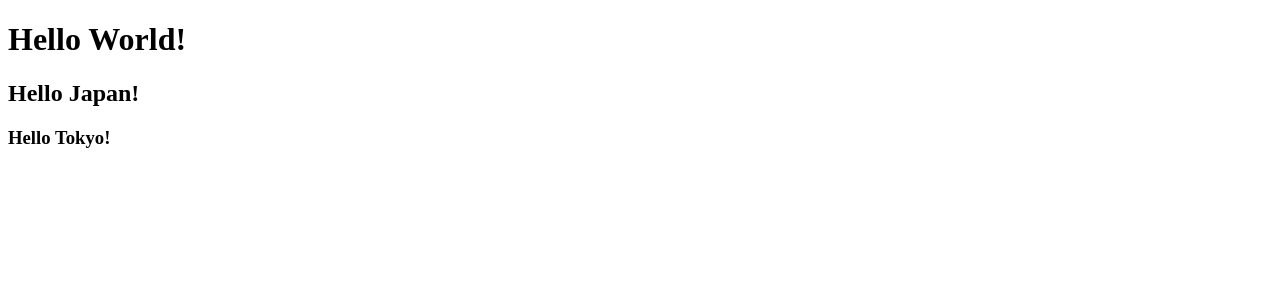
Repository: Kongbu0217/sample_git
Page: index.html
These files come from the project's save history. The page is drawn as it stood at one moment and after the next save; the edit follows.
The browser window is 1280 px wide. The pictures show the whole page.

Above is the page before, as saved 2024-12-17 17:03:27.

After the next save:
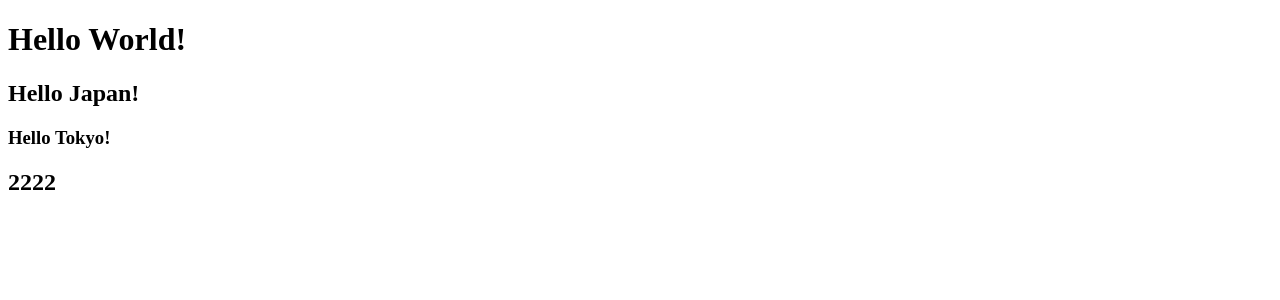
Saved 10 s later.
--- a/index.html
+++ b/index.html
@@ -10,6 +10,6 @@
     <h1>Hello World!</h1>
     <h2>Hello Japan!</h2>
     <h3>Hello Tokyo!</h3>
-
+    <h2>2222</h2>
 </body>
 </html>
